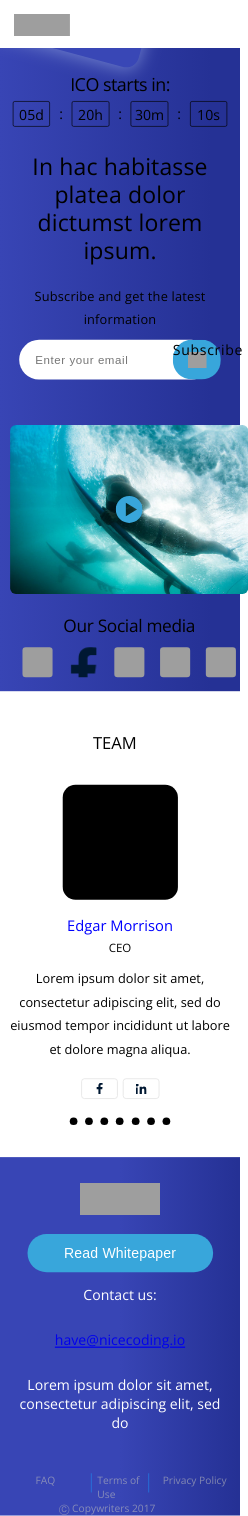
Repository: McGregorSt/newOne
Page: index.html
These files come from the project's save history. The page is drawn as it stood at one moment and after the next save; the edit follows.
The browser window is 375 px wide. The page is 388 px wide, so the pictures cover 388 px, including what lies to the right of the window. The pictures show the whole page, at 64% of full size.
Pictures or frames that could not be fetched are drawn as grey boxes.

Above is the page before, as saved 2019-12-18 09:15:33.

After the next save:
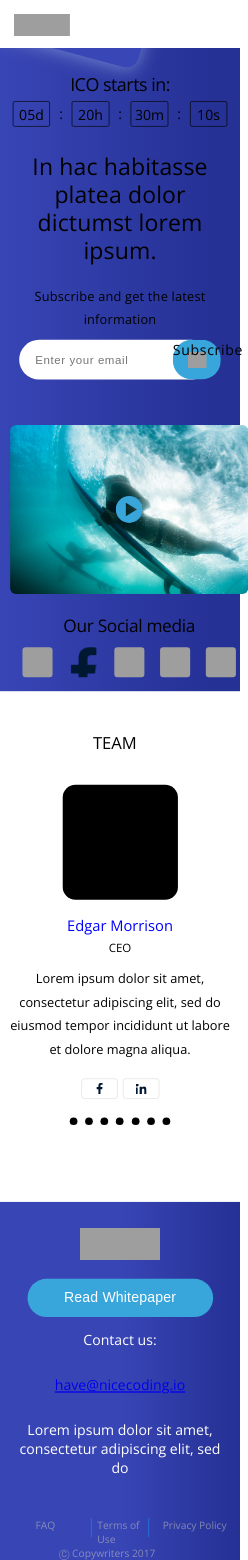
Saved 11 s later.
--- a/css/style.css
+++ b/css/style.css
@@ -537,7 +537,7 @@ section team
     width: 45%;
     display: flex;
     justify-content: space-around;
-    padding-bottom: 50px;
+    padding-bottom: 120px;
   }
   .team__slider--item {
     width: 12px;
